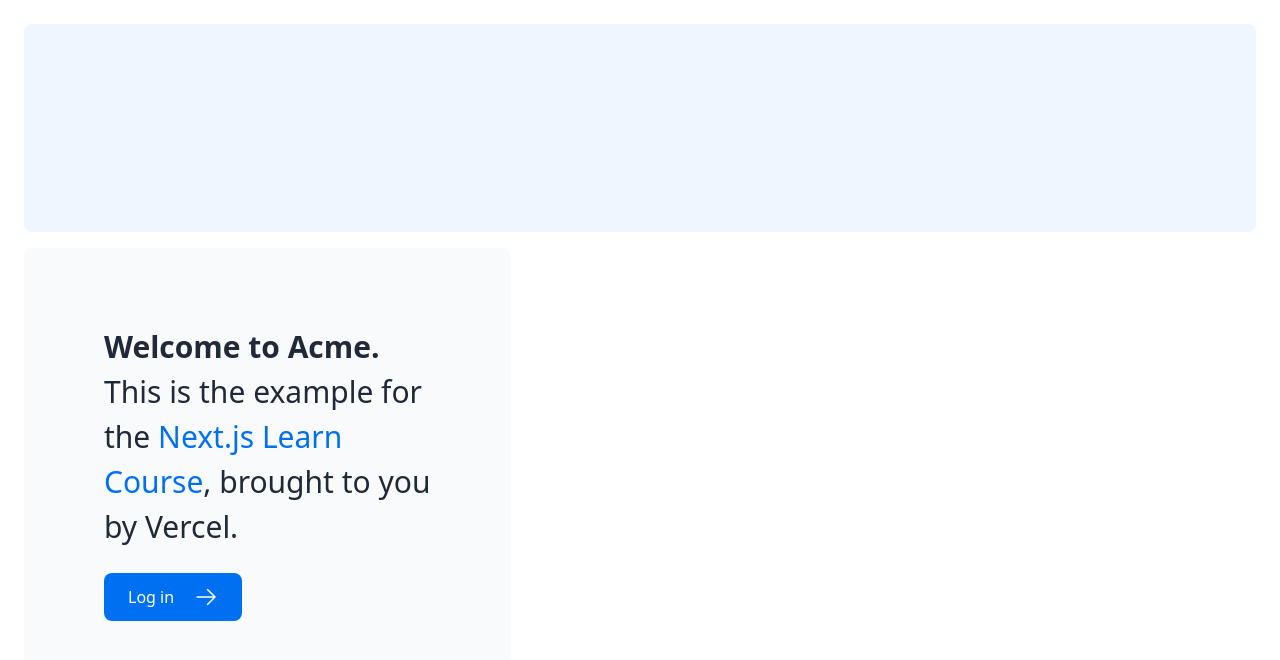
Repository: lokinell/nextjs-dashboard
Page: /
An editor plug-in stored every save of this project. The page is shown before and after the next save, followed by the edit.
The browser window is 1280 px wide. The pictures show the whole page.
The project was rebuilt for these pictures with package versions that can differ from the ones it lists, and the page was loaded fresh each time. The framework's server and built-in components were replaced by stand-ins that run in the browser. Also part of the build but not shown: next.config.js.

Above is the page before, as saved 2024-03-11 23:32:33.

After the next save:
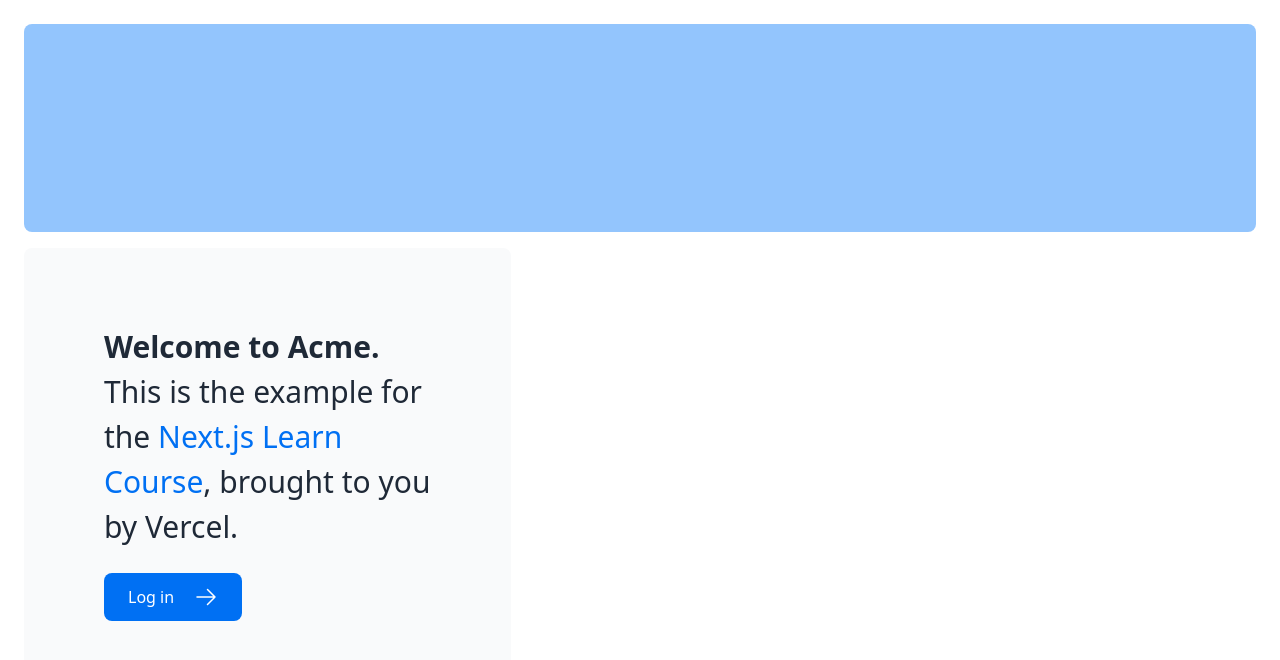
Saved 7 s later.
--- a/app/page.tsx
+++ b/app/page.tsx
@@ -5,7 +5,7 @@
 export default function Page() {
   return (
     <main className="flex min-h-screen flex-col p-6">
-      <div className="flex h-20 shrink-0 items-end rounded-lg bg-blue-50 p-4 md:h-52">
+      <div className="flex h-20 shrink-0 items-end rounded-lg bg-blue-300 p-4 md:h-52">
         {/* <AcmeLogo /> */}
       </div>
       <div className="mt-4 flex grow flex-col gap-4 md:flex-row">
